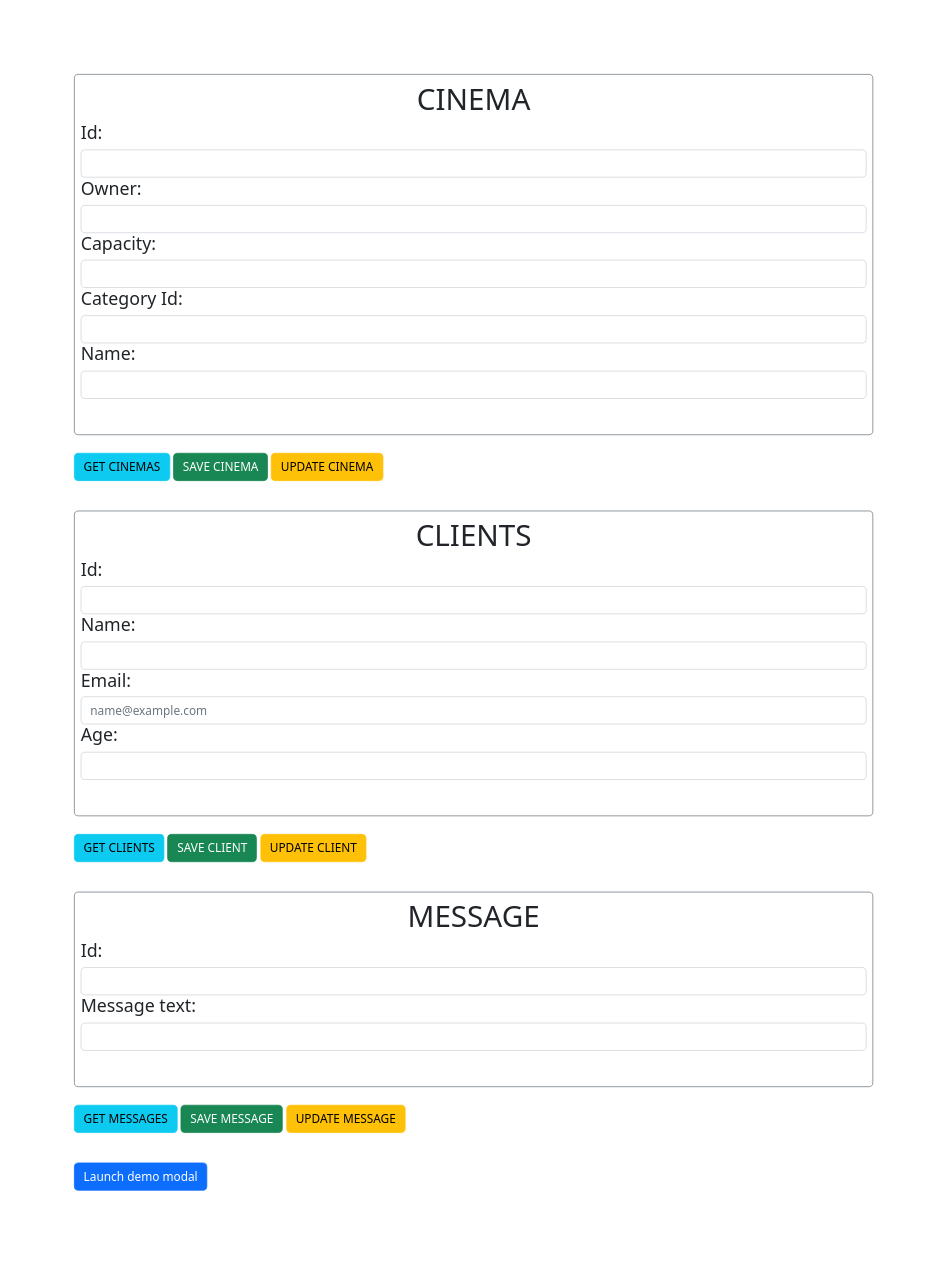
Repository: almendezl/MisionTIC
Page: index.html
An editor plug-in stored every save of this project. The page is shown before and after the next save, followed by the edit.
The browser window is 1280 px wide. The pictures show the whole page, at 74% of full size.

Above is the page before, as saved 2022-10-02 15:18:48.

### index.html
<html lang="en">
<head>
    <meta charset="UTF-8">
    <meta http-equiv="X-UA-Compatible" content="IE=edge">
    <meta name="viewport" content="width=device-width, initial-scale=1.0">
    <link rel="stylesheet" href="styles.css">
    <title>MISION TIC 2022 RETO 2</title>
</head>
<!-- add jquery api -->
<script src="https://ajax.googleapis.com/ajax/libs/jquery/3.6.1/jquery.min.js"></script>
<!-- add bootstrap -->

<link href="https://cdn.jsdelivr.net/npm/bootstrap@5.2.1/dist/css/bootstrap.min.css" rel="stylesheet" integrity="sha384-iYQeCzEYFbKjA/T2uDLTpkwGzCiq6soy8tYaI1GyVh/UjpbCx/TYkiZhlZB6+fzT" crossorigin="anonymous">
<!-- add the file with the script -->
<script type="text/javascript" src="myScript.js"></script>
<body>
    <!-- cinema front -->
    <div class=" p-2 rounded border border-secondary" >
        <h1 class="text-center">CINEMA</h1>
        <form action="">
            <div class="form-group">
                <h4 class="label label-default" >Id: </h4>
                <input class="form-control" type="number" id="cinemaId">
            </div>

            <div class="form-group">
                <h4 class="label label-default" >Owner: </h4>
                <input class="form-control" type="text" id="cinemaOwner">
            </div>

            <div class="form-group">
                <h4 class="label label-default" >Capacity: </h4>
                <input class="form-control" type="number" id="cinemaCapacity" >
            </div>

            <div class="form-group">
                <h4 class="label label-default" >Category Id: </h4>
                <input class="form-control" type="number" id="cinemaCategory">
            </div>

            <div class="form-group">
                <h4 class="label label-default" >Name: </h4>
                <input class="form-control" type="text" id="cinemaName"><br>
            </div>

        </form>
    </div>
    <br>
    <div id="cinemaAlert">

    </div>



    <button class="btn btn-info" onclick="getCinemas()">GET CINEMAS</button>

    <button class="btn btn-success" onclick="setCinema()">SAVE CINEMA</button>

    <button class="btn btn-warning" onclick="updateCinema()">UPDATE CINEMA</button><br><br>


    <table class="table table-striped" id="cinemasList">


    </table>

    <!-- Clients front  -->
    <div class=" p-2 rounded border border-secondary" >
    <h1 class="text-center">CLIENTS</h1>
        <form action="">
            <div class="form-group">
                <h4 class="label label-default" >Id: </h4>
                <input class="form-control" type="number" id="clientId">
            </div>

            <div class="form-group">
                <h4 class="label label-default" >Name: </h4>
                <input class="form-control" type="text" id="clientName">
            </div>

            <div class="form-group">
                <h4 class="label label-default" >Email: </h4>
                <input class="form-control" type="text" id="clientEmail" placeholder="name@example.com">
            </div>

            <div class="form-group">
                <h4 class="label label-default" >Age: </h4>
                <input class="form-control" type="number" id="clientAge"><br>
            </div>

        </form>
    </div>
    <br>

    <div id="clientAlert">

    </div>



    <button class="btn btn-info" onclick="getClients()">GET CLIENTS</button>

    <button class="btn btn-success" onclick="setClient()">SAVE CLIENT</button>

    <button class="btn btn-warning" onclick="updateClient()">UPDATE CLIENT</button><br><br>


    <table class="table table-striped" id="clientsList">


    </table>

    <!-- Message front  -->
    <div class=" p-2 rounded border border-secondary" >
        <h1 class="text-center">MESSAGE</h1>

        <form action="" >
            <div class="form-group">
                <h4 class="label label-default" >Id: </h4>
                <input class="form-control" type="number" id="messageId">
            </div>

            <div class="form-group">
                <h4 class="label label-default" >Message text: </h4>
                <input class="form-control" type="text" id="messageText"><br>
            </div>


        </form>
    </div>
    <br>

    <div id="messageAlert">

    </div>



    <button class="btn btn-info" onclick="getMessages()">GET MESSAGES</button>

    <button class="btn btn-success" onclick="setMessage()">SAVE MESSAGE</button>

    <button class="btn btn-warning" onclick="updateMessage()">UPDATE MESSAGE</button><br><br>


    <table class="table table-striped" id="messagesList">


    </table>
    <!-- Button trigger modal -->
<button type="button" class="btn btn-primary" data-toggle="modal" data-target="#exampleModal">
    Launch demo modal
  </button>

  <!-- Modal -->
  <div class="modal fade" id="exampleModal" tabindex="-1" role="dialog" aria-labelledby="exampleModalLabel" aria-hidden="true">
    <div class="modal-dialog" role="document">
      <div class="modal-content">
        <div class="modal-header">
          <h5 class="modal-title" id="exampleModalLabel">Modal title</h5>
          <button type="button" class="close" data-dismiss="modal" aria-label="Close">
            <span aria-hidden="true">&times;</span>
          </button>
        </div>
        <div class="modal-body">
          ...
        </div>
        <div class="modal-footer">
          <button type="button" class="btn btn-secondary" data-dismiss="modal">Close</button>
          <button type="button" class="btn btn-primary">Save changes</button>
        </div>
      </div>
    </div>
  </div>

    <!-- Modal eliminar-->
<div class="modal fade" id="exampleModal" tabindex="-1" role="dialog" aria-labelledby="exampleModalLabel" aria-hidden="true">
    <div class="modal-dialog" role="document">
      <div class="modal-content">
        <div class="modal-header">
          <h5 class="modal-title" id="exampleModalLabel">Delete</h5>
          <button type="button" class="close" data-dismiss="modal" aria-label="Close">
            <span aria-hidden="true">&times;</span>
          </button>
        </div>
        <div class="modal-body">
          ...
        </div>
        <div class="modal-footer">
          <button type="button" class="btn btn-secondary" data-dismiss="modal">Close</button>
          <button type="button" class="btn btn-primary">Delete</button>
        </div>
      </div>
    </div>
  </div>

</body>
</html>

### styles.css
body {

    padding: 100px 100px;
  }

### myScript.js
let urlCinema = "https://gbc0751b79176df-fy68ude9ajgxmklv.adb.us-ashburn-1.oraclecloudapps.com/ords/admin/cinema/cinema";
let urlClient = "https://gbc0751b79176df-fy68ude9ajgxmklv.adb.us-ashburn-1.oraclecloudapps.com/ords/admin/client/client";
let urlMessage = "https://gbc0751b79176df-fy68ude9ajgxmklv.adb.us-ashburn-1.oraclecloudapps.com/ords/admin/message/message";

let modalDelete ="data-toggle='modal' data-target='#messageModal'";
/**
 * ----------------CINEMAS ---------------------
 */


function getCinemas(){

    $.ajax({
        url:  urlCinema,
        type: 'GET',
        dataType: 'json',

        success: function(cinemas){
            console.log(cinemas);
            let cs= cinemas.items;
            //$('#clientsList').append("<h2>Clients List</h2>");
            $('#cinemasList').empty();
            if(cs.length > 0){

                $('#cinemasList').append("<thead><tr><th scope='col'>Id</th><th scope='col'>Owner</th><th scope='col'>Capacity</th><th scope='col'>Category Id</th> <th scope='col'>Name</th><th scope='col'>Option</th></tr></thead><tbody></tbody>");
                for(i = 0; i<cs.length; i++){

                    $('#cinemasList').append("<tr><th scope='row'>"+cs[i].id+"</th><td>"+cs[i].owner+"</td><td>"+cs[i].capacity+"</td><td>"+cs[i].category_id+"</td><td>"+cs[i].name+"</td><td>"+"<button type='button' class='btn btn-primary' data-toggle='modal' data-target='#exampleModal'>Launch demo modal</button></td></tr>");

                }
            }else{
                $('#cinemasList').append("<h4 class='text-center'>No entries</h4>");
            }

        },
        error: function(xhr, status){
            alert("A problem has occurred");
        },
        complete: function(xhr, status){
            //alert("Request made");
        }
    });

}

function setCinema(){

    let id = $("#cinemaId").val();
    let owner = $("#cinemaOwner").val();
    let capacity = $("#cinemaCapacity").val();
    let category = $("#cinemaCategory").val();
    let name = $("#cinemaName").val();

    $("#cinemaAlert").empty();
    if (id != "" && owner != "" && capacity != "" && category != "" && name != ""){
        let data = {
            id: id,
            owner: owner,
            capacity: capacity,
            category_id: category,
            name: name

        };

        let dataToSend = JSON.stringify(data);

        console.log(dataToSend);

        $.ajax({
            url: urlCinema,
            type: 'POST',
            //dataType: 'json',
            data: dataToSend,
             contentType: "application/json",

            success: function(json){
                console.log(json);
                //Clean the inputs
                $("#cinemaId").val('');
                $("#cinemaOwner").val('');
                $("#cinemaCapacity").val('');
                $("#cinemaCategory").val('');
                $("#cinemaName").val('');
                getCinemas();
            },
            error: function(xhr, status){
                //alert("A problem has occurred");

            },
            complete: function(xhr, status){
                //alert("Request made");

            }
        });

    }else{
        $("#cinemaAlert").append("<div class='alert alert-danger' role='alert'>There can be no empty fields!</div>");
    }



}

function updateCinema(){
    let id = $("#cinemaId").val();
    let owner = $("#cinemaOwner").val();
    let capacity = $("#cinemaCapacity").val();
    let category = $("#cinemaCategory").val();
    let name = $("#cinemaName").val();

    let data = {
        id: id,
        owner: owner,
        capacity: capacity,
        category_id: category,
        name: name

    };

    let dataToSend = JSON.stringify(data);

    console.log(dataToSend);

    $.ajax({
        url: urlCinema,
        type: 'PUT',
        //dataType: 'json',
        data: dataToSend,
        contentType: "application/json",

        success: function(json){
            console.log(json);
            //Clean the inputs
            $("#cinemaId").val('');
            $("#cinemaOwner").val('');
            $("#cinemaCapacity").val('');
            $("#cinemaCategory").val('');
            $("#cinemaName").val('');
            getCinemas();
        },
        error: function(xhr, status){
            //alert("A problem has occurred");

        },
        complete: function(xhr, status){
            //alert("Request made");

        }
    });
}

function deleteCinema(cinemaId){


    let data = {
        id: cinemaId

    };

    let dataToSend = JSON.stringify(data);

    console.log(dataToSend);

    $.ajax({
        url: urlCinema,
        type: 'DELETE',
        //dataType: 'json',
        data: dataToSend,
        contentType: "application/json",

        success: function(json){
            console.log(json);
            //Clean the inputs
            $("#cinemaId").val('');
            $("#cinemaOwner").val('');
            $("#cinemaCapacity").val('');
            $("#cinemaCategory").val('');
            $("#cinemaName").val('');
            getCinemas();
        },
        error: function(xhr, status){
            //alert("A problem has occurred");

        },
        complete: function(xhr, status){
            //alert("Request made");

        }
    });
}

/**
 * ----------------CLIENTS ---------------------
 */

function getClients(){

    $.ajax({
        url: urlClient,
        type: 'GET',
        dataType: 'json',

        success: function(clients){
            console.log(clients);
            let cs= clients.items;
            //$('#clientsList').append("<h2>Clients List</h2>");
            $('#clientsList').empty();
            if(cs.length > 0){
                $('#clientsList').append("<thead><tr><th scope='col'>Id</th><th scope='col'>Name</th><th scope='col'>Email</th><th scope='col'>Age</th> <th scope='col'>Option</th></tr></thead><tbody></tbody>");
                for(i = 0; i<cs.length; i++){
                    //$('#clientsList').append("<b>"+cs[i].id+" "+cs[i].name+" </b> "+cs[i].email+"   <button class='btn btn-danger'    onclick='deleteClient("+cs[i].id+")'>DELETE</button>"+"<br>");
                    $('#clientsList').append("<tr><th scope='row'>"+cs[i].id+"</th><td>"+cs[i].name+"</td><td>"+cs[i].email+"</td><td>" +cs[i].age+"</td><td>"+"<button class='btn btn-danger' onclick='deleteClient("+cs[i].id+")'>DELETE</button></td></   tr>");

                }
            }else{
                $('#clientsList').append("<h4 class='text-center'>No entries</h4>");
            }

        },
        error: function(xhr, status){
            alert("A problem has occurred");
        },
        complete: function(xhr, status){
            //alert("Request made");
        }
    });

}

function setClient(){

    let clientId = $("#clientId").val();
    let clientName = $("#clientName").val();
    let clientEmail = $("#clientEmail").val();
    let clientAge = $("#clientAge").val();
    $("#clientAlert").empty();

    if(clientId != '' && clientName != '' && clientEmail != '' && clientAge != '' ){
        let data = {
            id: clientId,
            name: clientName,
            email: clientEmail,
            age: clientAge

        };

        let dataToSend = JSON.stringify(data);

        console.log(dataToSend);

        $.ajax({
            url: urlClient,
            type: 'POST',
            //dataType: 'json',
            data: dataToSend,
             contentType: "application/json",

            success: function(json){
                console.log(json);
                //Clean the inputs
                $("#clientId").val('');
                $("#clientName").val('');
                $("#clientEmail").val('');
                $("#clientAge").val('');
                getClients();
            },
            error: function(xhr, status){
                //alert("A problem has occurred");

            },
            complete: function(xhr, status){
                //alert("Request made");

            }
        });
    } else{
        $("#clientAlert").append("<div class='alert alert-danger' role='alert'>There can be no empty fields!</div>");
    }





}

function updateClient(){
    let clientId = $("#clientId").val();
    let clientName = $("#clientName").val();
    let clientEmail = $("#clientEmail").val();
    let clientAge = $("#clientAge").val();

    let data = {
        id: clientId,
        name: clientName,
        email: clientEmail,
        age: clientAge

    };

    let dataToSend = JSON.stringify(data);

    console.log(dataToSend);

    $.ajax({
        url:urlClient,
        type: 'PUT',
        //dataType: 'json',
        data: dataToSend,
        contentType: "application/json",

        success: function(json){
            console.log(json);
            //Clean the inputs
            $("#clientId").val('');
            $("#clientName").val('');
            $("#clientEmail").val('');
            $("#clientAge").val('');
            getClients();
        },
        error: function(xhr, status){
            //alert("A problem has occurred");

        },
        complete: function(xhr, status){
            //alert("Request made");

        }
    });
}

function deleteClient(clientId){


    let data = {
        id: clientId

    };

    let dataToSend = JSON.stringify(data);

    console.log(dataToSend);

    $.ajax({
        url:urlClient,
        type: 'DELETE',
        //dataType: 'json',
        data: dataToSend,
        contentType: "application/json",

        success: function(json){
            console.log(json);
            //Clean the inputs
            $("#clientId").val('');
            $("#clientName").val('');
            $("#clientEmail").val('');
            $("#clientAge").val('');
            getClients();
        },
        error: function(xhr, status){
            //alert("A problem has occurred");

        },
        complete: function(xhr, status){
            //alert("Request made");

        }
    });
}

/**
 * ----------------MESSAGE ---------------------
 */

 function getMessages(){

    $.ajax({
        url: urlMessage,
        type: 'GET',
        dataType: 'json',

        success: function(clients){
            console.log(clients);
            let cs= clients.items;
            //$('#clientsList').append("<h2>Clients List</h2>");
            $('#messagesList').empty();
           if(cs.length > 0){
                $('#messagesList').append("<thead><tr><th scope='col'>Id</th><th scope='col'>Message text</th><th scope='col'>Option</th></tr></thead><tbody></tbody>");
                 for(i = 0; i<cs.length; i++){

                     $('#messagesList').append("<tr><th scope='row'>"+cs[i].id+"</th><td>"+cs[i].messagetext+"</td><td>"+"<button       class='btn btn-danger' onclick='deleteMessage("+cs[i].id+")'>DELETE</button></td></tr>");

                 }
           }else{
            $('#messagesList').append("<h4 class='text-center'>No entries</h4>");
           }

        },
        error: function(xhr, status){
            alert("A problem has occurred");
        },
        complete: function(xhr, status){
            //alert("Request made");
        }
    });

}

function setMessage(){
    let id = $("#messageId").val();
    let messageText = $("#messageText").val();
    $("#messageAlert").empty();

    if(id != '' && messageText != ''){
        let data = {
            id: id,
            messagetext: messageText,

        };

        let dataToSend = JSON.stringify(data);

        console.log(dataToSend);

        $.ajax({
            url: urlMessage,
            type: 'POST',
            //dataType: 'json',
            data: dataToSend,
             contentType: "application/json",

            success: function(json){
                console.log(json);
                //Clean the inputs
                $("#messageId").val('');
                $("#messageText").val('');
                getMessages();
            },
            error: function(xhr, status){
                //alert("A problem has occurred");

            },
            complete: function(xhr, status){
                //alert("Request made");

            }
        });

    } else{
        $("#messageAlert").append("<div class='alert alert-danger' role='alert'>There can be no empty fields!</div>");
    }




}

function updateMessage(){
    let id = $("#messageId").val();
    let messageText = $("#messageText").val();

    let data = {
        id: id,
        messagetext: messageText,

    };

    let dataToSend = JSON.stringify(data);

    console.log(dataToSend);

    $.ajax({
        url:urlMessage,
        type: 'PUT',
        //dataType: 'json',
        data: dataToSend,
        contentType: "application/json",

        success: function(json){
            console.log(json);
            //Clean the inputs
            $("#messageId").val('');
            $("#messageText").val('');
            getMessages();
        },
        error: function(xhr, status){
            //alert("A problem has occurred");

        },
        complete: function(xhr, status){
            //alert("Request made");

        }
    });
}

function deleteMessage(messageId){


    let data = {
        id: messageId

    };

    let dataToSend = JSON.stringify(data);

    console.log(dataToSend);

    $.ajax({
        url:urlMessage,
        type: 'DELETE',
        //dataType: 'json',
        data: dataToSend,
        contentType: "application/json",

        success: function(json){
            console.log(json);
            //Clean the inputs
            $("#messageId").val('');
            $("#messageText").val('');
            getMessages();
        },
        error: function(xhr, status){
            //alert("A problem has occurred");

        },
        complete: function(xhr, status){
            //alert("Request made");

        }
    });
}

After the next save:
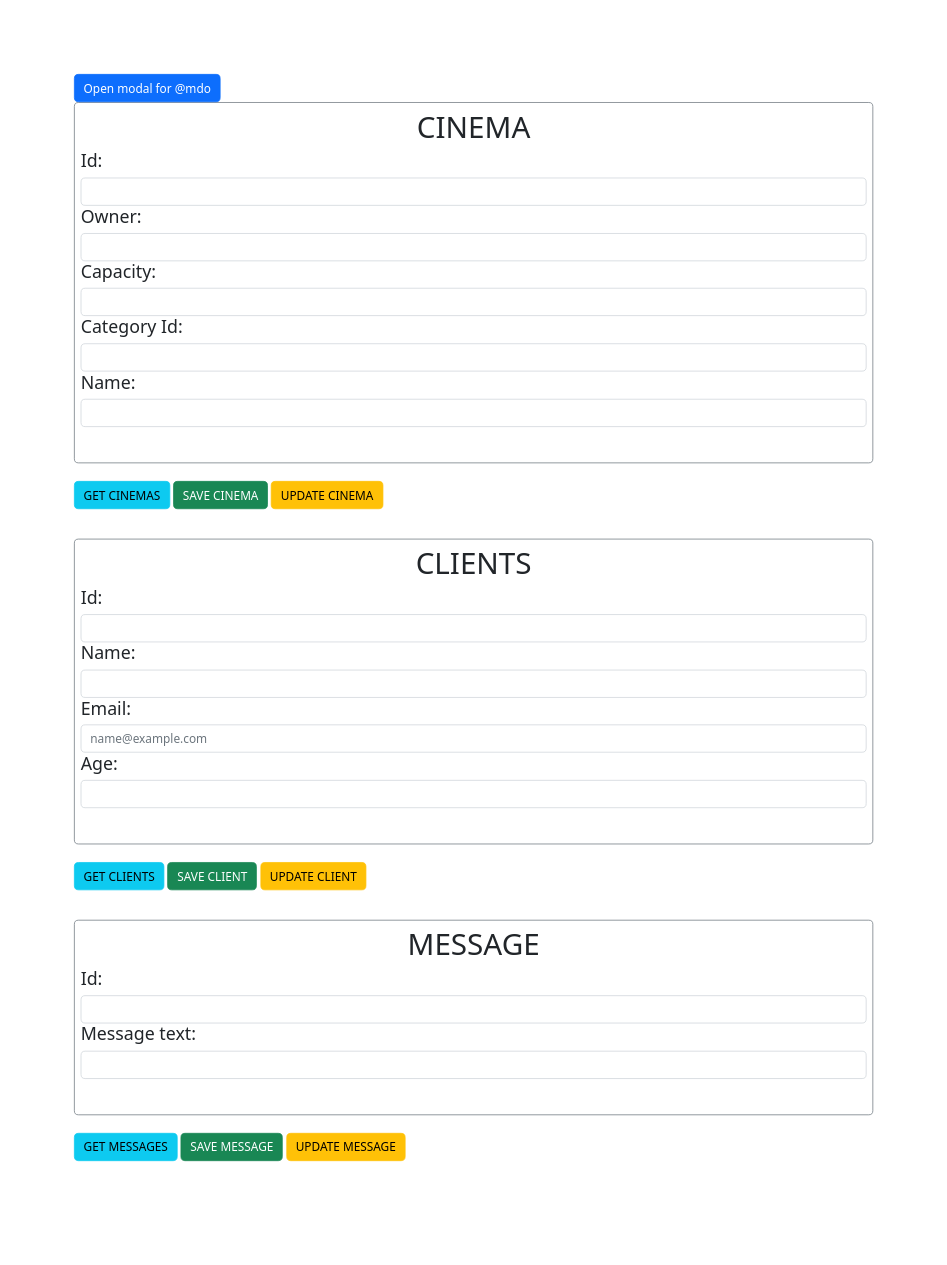
Saved 92 s later.
--- a/index.html
+++ b/index.html
@@ -15,8 +15,47 @@
 <script type="text/javascript" src="myScript.js"></script>
 <body>
     <!-- cinema front -->
+<div>
+
+</div>
+
+<button type="button" class="btn btn-primary" data-toggle="modal" data-target="#exampleModal" data-whatever="@mdo">Open modal for @mdo</button>
+
+<div class="modal fade" id="exampleModal" tabindex="-1" role="dialog" aria-labelledby="exampleModalLabel" aria-hidden="true">
+  <div class="modal-dialog" role="document">
+    <div class="modal-content">
+      <div class="modal-header">
+        <h5 class="modal-title" id="exampleModalLabel">New message</h5>
+        <button type="button" class="close" data-dismiss="modal" aria-label="Close">
+          <span aria-hidden="true">&times;</span>
+        </button>
+      </div>
+      <div class="modal-body">
+        <form>
+          <div class="form-group">
+            <label for="recipient-name" class="col-form-label">Recipient:</label>
+            <input type="text" class="form-control" id="recipient-name">
+          </div>
+          <div class="form-group">
+            <label for="message-text" class="col-form-label">Message:</label>
+            <textarea class="form-control" id="message-text"></textarea>
+          </div>
+        </form>
+      </div>
+      <div class="modal-footer">
+        <button type="button" class="btn btn-secondary" data-dismiss="modal">Close</button>
+        <button type="button" class="btn btn-primary">Send message</button>
+      </div>
+    </div>
+  </div>
+</div>
+
     <div class=" p-2 rounded border border-secondary" >
         <h1 class="text-center">CINEMA</h1>
+
+
+
+
         <form action="">
             <div class="form-group">
                 <h4 class="label label-default" >Id: </h4>
@@ -147,31 +186,6 @@
 
 
     </table>
-    <!-- Button trigger modal -->
-<button type="button" class="btn btn-primary" data-toggle="modal" data-target="#exampleModal">
-    Launch demo modal
-  </button>
-
-  <!-- Modal -->
-  <div class="modal fade" id="exampleModal" tabindex="-1" role="dialog" aria-labelledby="exampleModalLabel" aria-hidden="true">
-    <div class="modal-dialog" role="document">
-      <div class="modal-content">
-        <div class="modal-header">
-          <h5 class="modal-title" id="exampleModalLabel">Modal title</h5>
-          <button type="button" class="close" data-dismiss="modal" aria-label="Close">
-            <span aria-hidden="true">&times;</span>
-          </button>
-        </div>
-        <div class="modal-body">
-          ...
-        </div>
-        <div class="modal-footer">
-          <button type="button" class="btn btn-secondary" data-dismiss="modal">Close</button>
-          <button type="button" class="btn btn-primary">Save changes</button>
-        </div>
-      </div>
-    </div>
-  </div>
 
     <!-- Modal eliminar-->
 <div class="modal fade" id="exampleModal" tabindex="-1" role="dialog" aria-labelledby="exampleModalLabel" aria-hidden="true">
